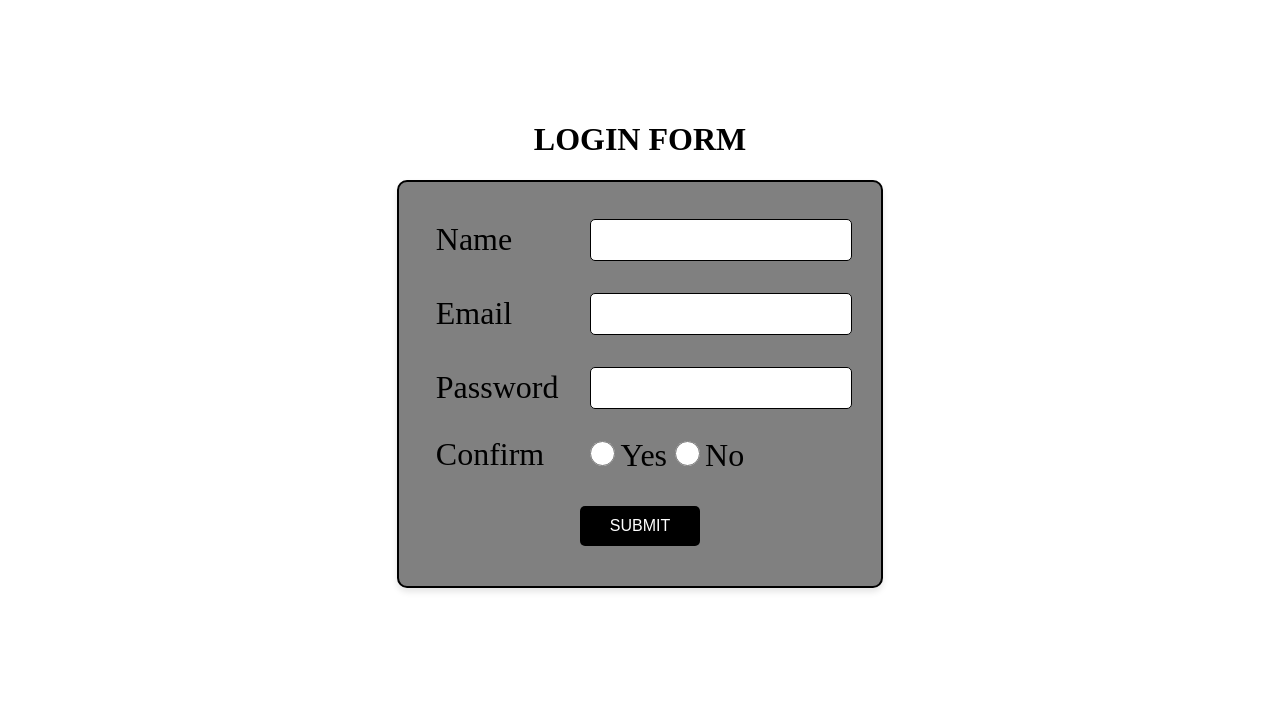
Repository: obusakthi539/Loginform
Page: Form.html
These files come from the project's save history. The page is drawn as it stood at one moment and after the next save; the edit follows.
The browser window is 1280 px wide. The pictures show the whole page.

Above is the page before, as saved 2025-01-10 18:34:08.

After the next save:
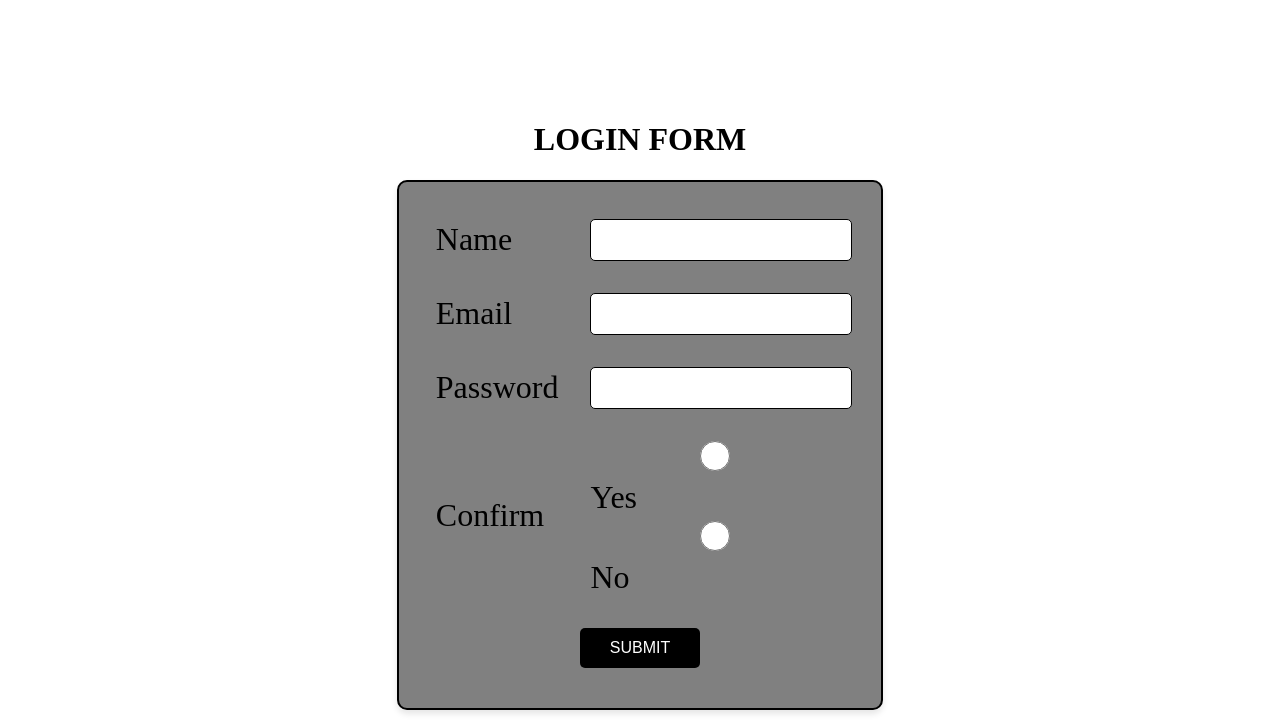
Saved 3 min 27 s later.
--- a/Form.html
+++ b/Form.html
@@ -31,10 +31,15 @@
             border-radius: 5px;
             padding: 5px;
         }
-        #i {
-            width: 25px;
+        .yes-radio {
+            width: 20px; /* Smaller Yes radio button */
+            height: 20px;
+            margin-right: 10px;
+        }
+        .no-radio {
+            width: 25px; /* Normal-sized No radio button */
             height: 25px;
-            margin-right: 5px;
+            margin-left: 20px;
         }
         button {
             display: block;
@@ -79,8 +84,8 @@
                 <tr>
                     <td><label for="">Confirm</label></td>
                     <td>
-                        <input type="radio" name="a" id="i">Yes
-                        <input type="radio" name="a" id="i">No
+                        <input type="radio" name="a" class="yes-radio">Yes
+                        <input type="radio" name="a" class="no-radio">No
                     </td>
                 </tr>
             </table>

After the save that followed:
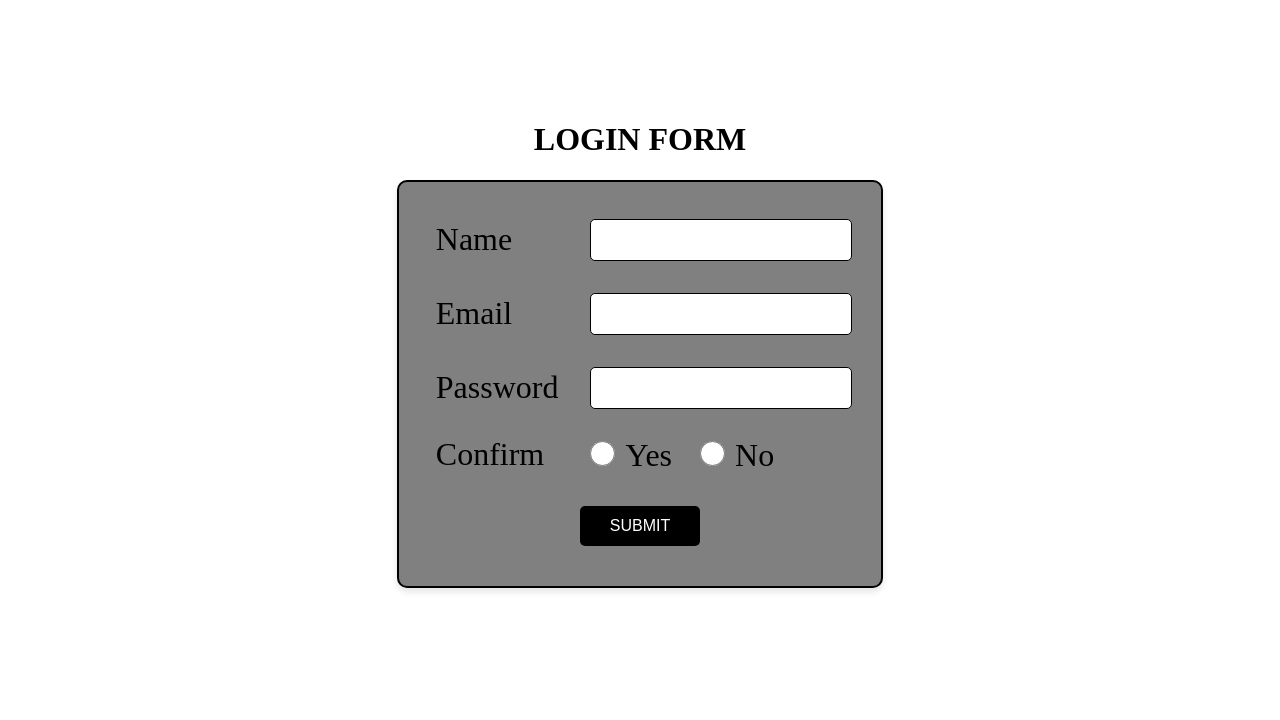
Saved 24 s later.
--- a/Form.html
+++ b/Form.html
@@ -31,15 +31,10 @@
             border-radius: 5px;
             padding: 5px;
         }
-        .yes-radio {
-            width: 20px; /* Smaller Yes radio button */
-            height: 20px;
-            margin-right: 10px;
-        }
-        .no-radio {
-            width: 25px; /* Normal-sized No radio button */
+        #i {
+            width: 25px;
             height: 25px;
-            margin-left: 20px;
+            margin-right: 10px; /* Add gap between Yes and No */
         }
         button {
             display: block;
@@ -84,8 +79,8 @@
                 <tr>
                     <td><label for="">Confirm</label></td>
                     <td>
-                        <input type="radio" name="a" class="yes-radio">Yes
-                        <input type="radio" name="a" class="no-radio">No
+                        <input type="radio" name="a" id="i">Yes
+                        <input type="radio" name="a" id="i" style="margin-left: 20px;">No
                     </td>
                 </tr>
             </table>
